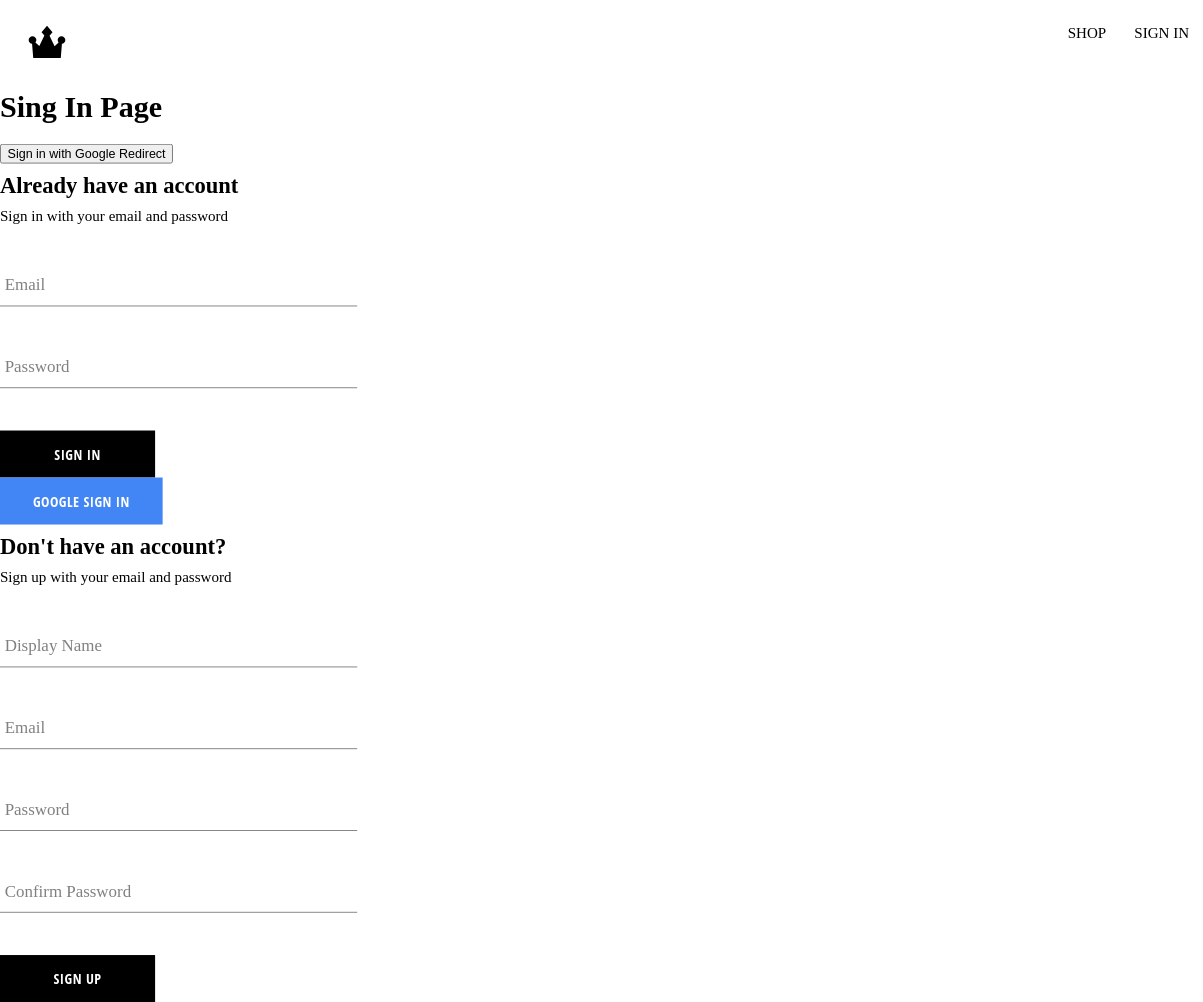
Repository: Chadi2000/crwn-clothing
Page: /auth
An editor plug-in stored every save of this project. The page is shown before and after the next save, followed by the edit.
The browser window is 1280 px wide. The pictures show the whole page, at 94% of full size.
The project was rebuilt for these pictures with package versions that can differ from the ones it lists, and the page was loaded fresh each time. Also part of the build but not shown: src/categories.styles.scss, src/components/category-item/category-item.styles.scss, src/components/category-item/category-item.component.jsx, src/components/directory/directory.styles.scss, src/components/directory/directory.component.js, src/routes/home/home.component.jsx.

Above is the page before, as saved 2024-02-12 23:20:24.

### public/index.html
<!DOCTYPE html>
<html lang="en">
  <head>
    <meta charset="utf-8" />
    <link rel="icon" href="%PUBLIC_URL%/favicon.ico" />
    <meta name="viewport" content="width=device-width, initial-scale=1" />
    <meta name="theme-color" content="#000000" />
    <meta
      name="description"
      content="Web site created using create-react-app"
    />
    <link rel="apple-touch-icon" href="%PUBLIC_URL%/logo192.png" />
    <link rel="preconnect" href="https://fonts.googleapis.com">
    <link rel="preconnect" href="https://fonts.gstatic.com" crossorigin>
    <link
    href="https://fonts.googleapis.com/css2?family=Open+Sans:ital,wght@0,300..800;1,300..800&family=Roboto:wght@300&display=swap"
    rel="stylesheet">
    <!--
      manifest.json provides metadata used when your web app is installed on a
      user's mobile device or desktop. See https://developers.google.com/web/fundamentals/web-app-manifest/
    -->
    <link rel="manifest" href="%PUBLIC_URL%/manifest.json" />
    <!--
      Notice the use of %PUBLIC_URL% in the tags above.
      It will be replaced with the URL of the `public` folder during the build.
      Only files inside the `public` folder can be referenced from the HTML.

      Unlike "/favicon.ico" or "favicon.ico", "%PUBLIC_URL%/favicon.ico" will
      work correctly both with client-side routing and a non-root public URL.
      Learn how to configure a non-root public URL by running `npm run build`.
    -->
    <title>React App</title>
  </head>
  <body>
    <noscript>You need to enable JavaScript to run this app.</noscript>
    <div id="root"></div>
    <!--
      This HTML file is a template.
      If you open it directly in the browser, you will see an empty page.

      You can add webfonts, meta tags, or analytics to this file.
      The build step will place the bundled scripts into the <body> tag.

      To begin the development, run `npm start` or `yarn start`.
      To create a production bundle, use `npm run build` or `yarn build`.
    -->
  </body>
</html>

### src/index.scss
body {
  margin: 0;
  font-family: 'Open Sans'
    sans-serif;
    font-weight: 300 800;
  font-stretch: 100%;
  font-display: swap;
  -webkit-font-smoothing: antialiased;
  -moz-osx-font-smoothing: grayscale;
}

code {
  font-family: source-code-pro, Menlo, Monaco, Consolas, 'Courier New',
    monospace;
}

a{
  text-decoration: none;
  color: black;
}

* {
  box-sizing: border-box;
}

### src/App.js
import './categories.styles.scss';
import { Outlet } from 'react-router-dom';
import Directory from './components/directory/directory.component';
import Home from './routes/home/home.component';
import { Routes, Route } from 'react-router-dom';
import Navigation from './routes/navigation/navigation.component';
import Authentication from './routes/authentication/authentication.component';



const Shop =() =>{
  return(
    <h1>SHop from me</h1>
  )
}

const App = () => {


 return(
  <Routes>
    <Route path='/' element={<Navigation />}>
      <Route path='/' element={<Home />} />
      <Route path='shop' element={<Shop/>} />
      <Route path='/auth' element= {<Authentication />} />

    </Route>

  </Routes>
 );
}

export default App;

### src/routes/navigation/navigation.component.jsx
import { Outlet, Link } from "react-router-dom"
import { Fragment } from "react";
import { ReactComponent as CrwnLogo } from "../../assets/crown.svg";
import './navigation.styles.scss';
const Navigation = () =>{
    return (
      <Fragment>
        <div className="navigation">
            <Link className="logo-container" to='/'>
                <CrwnLogo />
            </Link>

          <div className="nav-links-container">
            <Link className="nav-link"  to='/shop'>
                SHOP
            </Link>
            <Link className="nav-link"  to='/auth'>
                SIGN IN
            </Link>
          </div>
        </div>
        <Outlet />
      </Fragment>
    )
  }

  export default Navigation;

### src/routes/authentication/authentication.component.jsx
import { useEffect } from "react";
import { getRedirectResult } from "firebase/auth";

import {
        auth,
        signInWithGooglePopup,
        signInWithGoogleRedirect ,
        createUserDocumentFromAuth
    } from "../../utils/firebase/firebase.utils";
import SignUpForm from "../../components/sign-up-form/sign-up-form.component";
import SignInForm from "../../components/sign-in-form/sign-in-form.component";

const Authentication  = () => {

    useEffect(() => {
        // Define an asynchronous function inside useEffect
        const fetchData = async () => {
          try {
            // You can await here
            const response = await getRedirectResult(auth);
            if(response){
                const userDocRef = await createUserDocumentFromAuth(response.user)
            }
          } catch (error) {
            console.error('Error fetching data:', error);
          }
        };

        // Call the asynchronous function immediately
        fetchData();

        // Specify dependencies if needed (empty array if not)
      }, []); // Add dependencies if needed


    const logGoogleUser = async () =>{
        const {user} = await signInWithGooglePopup();
        const userDocRef = await createUserDocumentFromAuth(user);

    }






    return(
        <div>
            <h1>Sing In Page</h1>
            {/* <button onClick={logGoogleUser}>
                Sign in with Google Popup
            </button> */}
            <button onClick={signInWithGoogleRedirect}>
                Sign in with Google Redirect
            </button>
            <SignInForm />
            <SignUpForm />
        </div>
    )
}

export default Authentication;

### src/routes/navigation/navigation.styles.scss
.navigation{
    height: 70px;
    width: 100%;
    display: flex;
    justify-content: space-between;
    margin-bottom: 25px;

    .logo-container{
        height: 100%;
        width: 70px;
        padding: 25px;
        -webkit-box-align: center;
        align-items: center;
        justify-content: center;
    }
    .nav-links-container{
        width: 50%;
        height: 100%;
        -webkit-box-align: center;
        align-items: center;
        -webkit-box-pack: end;
        display: flex;
        justify-content: flex-end;
        .nav-link{
            padding: 10px 15px;
            cursor: pointer;
        }
    }


}

### src/utils/firebase/firebase.utils.js
import {initializeApp} from 'firebase/app';
import {
     getAuth,
     signInWithRedirect,
     signInWithPopup,
     GoogleAuthProvider,
     createUserWithEmailAndPassword
    } from 'firebase/auth';

import {
    getFirestore,
    doc,
    getDoc,
    setDoc
}  from'firebase/firestore'

const firebaseConfig = {
    apiKey: "AIzaSyCFm4naOY8EzymqmFzu3h2__lM1anMpCoU",
    authDomain: "crwn-clothing-db-ab0ad.firebaseapp.com",
    projectId: "crwn-clothing-db-ab0ad",
    storageBucket: "crwn-clothing-db-ab0ad.appspot.com",
    messagingSenderId: "89349111223",
    appId: "1:89349111223:web:714444d59a5d8bfdf53c32"
  };

  // Initialize Firebase
  const firebaseApp = initializeApp(firebaseConfig);
  const googleProvider = new GoogleAuthProvider();

  googleProvider.setCustomParameters({
    prompt: "select_account"
  })

  export const auth = getAuth();
  export const signInWithGooglePopup = () =>
   signInWithPopup(auth, googleProvider);
  export const signInWithGoogleRedirect =()=>
   signInWithRedirect(auth, googleProvider)

  export const db = getFirestore();
  export const createUserDocumentFromAuth = async (
    userAuth,
    additionalInformation={}
    )=>{
    if(!userAuth) return ;
    const userDocRef = doc(db,'users',userAuth.uid )

    console.log(userDocRef);

    const userSnapshot = await getDoc(userDocRef);
    console.log(userSnapshot);
    console.log(userSnapshot.exists());

    if(!userSnapshot.exists()){
        const {displayName , email} = userAuth;
        const createdAt = new Date();

        try{
            await setDoc(userDocRef, {
                displayName,
                email,
                createdAt,
                ...additionalInformation
            })
        }catch(error){
            console.log('error creating the user', error.message)
        }
    }

    return userDocRef;
  }

  export const createAuthUserWithEmailAndPassword = async (email, password)=>{
    if(!email || !password) return;
    return await createUserWithEmailAndPassword(auth, email, password)
  };

### src/components/sign-up-form/sign-up-form.component.jsx
import { useState } from "react";
import { createAuthUserWithEmailAndPassword, createUserDocumentFromAuth } from "../../utils/firebase/firebase.utils";
import FormInput from "../form-input/form-input.component";
import './sign-up-form.styles.scss';
import Button from "../button/button.component";

const defaultFormFields ={
    displayName: '',
    email:'',
    password:'',
    confirmPassword: ''
}

const SignUpForm =() =>{

    const [formFields, setFormFields] = useState(defaultFormFields);
    const { displayName, email, password, confirmPassword} = formFields;

    console.log(formFields);

    const resetFormFields = () =>{
        setFormFields(defaultFormFields);
    }

    const handleSubmit = async(event) =>{
        event.preventDefault();

        if(password != confirmPassword){
            alert("password do not match");
            return;
        }

        try{
            const {user} = await createAuthUserWithEmailAndPassword(email, password);

            await createUserDocumentFromAuth(user,{ displayName });
            resetFormFields();


        }catch(error){
            if(error.code ==  'auth/email-already-in-use'){
                alert('Cannot create user, email already in use');
            } else{
                console.log('user created encountered an error', error);
            }

        }
    }



    const handlechange = (event) =>{

        setFormFields({...formFields, [event.target.name]:event.target.value})
    }

    return (


        <div className="sign-up-container">
            <h2>Don't have an account?</h2>
            <span>Sign up with your email and password</span>
            <form onSubmit={handleSubmit}>
                <FormInput
                label="Display Name"
                inputOptions = {{
                    type:"text",
                    required:true,
                    onChange:handlechange,
                    name:"displayName",
                    value : displayName,
                    }}
                     />

                <FormInput
                label="Email"
                inputOptions = {{
                    type:"email",
                    required:true,
                    onChange:handlechange,
                    name:"email",
                    value : email,
                    }}
                     />

                <FormInput
                label="Password"
                inputOptions = {{
                    type:"password",
                    required:true,
                    onChange:handlechange,
                    name:"password",
                    value : password,
                    }}
                     />

                <FormInput
                label="Confirm Password"
                inputOptions = {{
                    type:"password",
                    required:true,
                    onChange:handlechange,
                    name:"confirmPassword",
                    value : confirmPassword,
                    }}
                     />


                <Button type="submit">Sign Up</Button>
            </form>
        </div>
    )
}

export default SignUpForm;

### src/components/sign-in-form/sign-in-form.component.jsx
import { useState } from "react";
import { signInWithGooglePopup , createUserDocumentFromAuth } from "../../utils/firebase/firebase.utils";
import FormInput from "../form-input/form-input.component";
import './sign-in-form.styles.scss';
import Button from "../button/button.component";


const defaultFormFields ={
    email:'',
    password:'',
}

const SignInForm =() =>{

    const [formFields, setFormFields] = useState(defaultFormFields);
    const { email, password} = formFields;

    console.log(formFields);

    const resetFormFields = () =>{
        setFormFields(defaultFormFields);
    }

    const signInWithGoogle = async () =>{
        const { user }= await signInWithGooglePopup();
        await createUserDocumentFromAuth(user)
    }

    const handleSubmit = async(event) =>{
        event.preventDefault();


        try{

            resetFormFields();


        }catch(error){

        }
    }



    const handlechange = (event) =>{

        setFormFields({...formFields, [event.target.name]:event.target.value})
    }

    return (


        <div className="sign-up-container">
            <h2>Already have an account</h2>
            <span>Sign in with your email and password</span>
            <form onSubmit={handleSubmit}>
                <FormInput
                label="Email"
                inputOptions = {{
                    type:"email",
                    required:true,
                    onChange:handlechange,
                    name:"email",
                    value : email,
                    }}
                     />

                <FormInput
                label="Password"
                inputOptions = {{
                    type:"password",
                    required:true,
                    onChange:handlechange,
                    name:"password",
                    value : password,
                    }}
                     />




                <Button type="submit">Sign In</Button>
                <Button buttonType='google' onClick={signInWithGoogle}>Google Sign In</Button>
            </form>
        </div>
    )
}

export default SignInForm;

### src/components/form-input/form-input.component.jsx
import './form-input.styles.scss';


const FormInput = ({label, inputOptions}) =>{
    return (
        <div className="group">
            <input className="form-input" {...inputOptions} />
            {
                label &&(
            <label className={`${inputOptions.value.length ? 'shrink': ''}
            form-input-label`}>{label}</label>)}



        </div>

    )
}
export default FormInput;

### src/components/button/button.component.jsx
import './button.styles.scss';

const BUTTON_TYPES_CLASSES = {
    google:'google-sign-in',
    inverted:'inverted',

}

const Button = ({ children, buttonType, ...otherProps }) =>{
    return(
        <button className={`button-container ${BUTTON_TYPES_CLASSES[buttonType]}`}
        {...otherProps}
        >
            {children}
        </button>
    )
}

export default Button;

### src/components/sign-in-form/sign-in-form.styles.scss
.sign-up-container{
    display: flex;
    flex-direction: column;
    width: 380px;

    h2{
        margin: 10px 0;
    }
    .buttons-container{
     display: flex;
     justify-content: space-between;
    }
}

### src/components/form-input/form-input.styles.scss
$sub-color: grey;
$main-color: black;

@mixin shrinkLabel{
    top: -14px;
    font-size: 12px;
    color:$main-color ;
}

.group{
    position: relative;
    margin: 45px 0;
    .form-input{
        background: none;
        background-color: white;
        color:$sub-color;
        font-size: 18px;
        padding: 10px 10px 10px 5px;
        display: block;
        width: 100%;
        border: none;
        border-radius: 0;
        border-bottom: 1px solid $sub-color;
        border-top: none;
        border-right: none;
        border-left: none;
        margin: 25px 0;

        &:focus{
            outline: none;
        }
        &:focus ~ .form-input-label{
            @include shrinkLabel();
        }
    }

    input[type='password']{
        letter-spacing: 0.3em;
    }

    .form-input-label{
        color: $sub-color;
        font-size: 18px;
        font-weight: normal;
        position: absolute;
        pointer-events: none;
        left: 5px;
        top: 10px;
        transition: all 300ms ease 0s;
        line-height: 1;
        &.shrink{
            @include shrinkLabel()
        }

    }


}

### src/components/button/button.styles.scss
.button-container{
    min-width: 165px;
    width: auto;
    height: 50px;
    letter-spacing: 0.5px;
    line-height: 50px;
    padding: 0 35px 0 35px;
    font-size: 15px;
    background-color: black;
    color: white;
    text-transform: uppercase;
    font-family: 'Open Sans Condensed';
    font-weight: bolder;
    border: none;
    cursor: pointer;
    display: flex;
    justify-content: center;

    &:hover{
        background-color: white;
        color: black;
        border: 1px solid black;
    }

    &.google-sign-in{
        background-color: #4285f4;
        color:white;
        &:hover{
            background-color: #357ae8;
            border: none;
        }
    }


    &.inverted{
        background-color: white;
        color: black;
        border: 1px solid black;

        &:hover {
            background-color: black;
            color: white;
            border:none;
        }
    }
}

Loaded but not shown: src/index.js (common file); src/reportWebVitals.js (common file); src/components/sign-up-form/sign-up-form.styles.scss (common file)

After the next save:
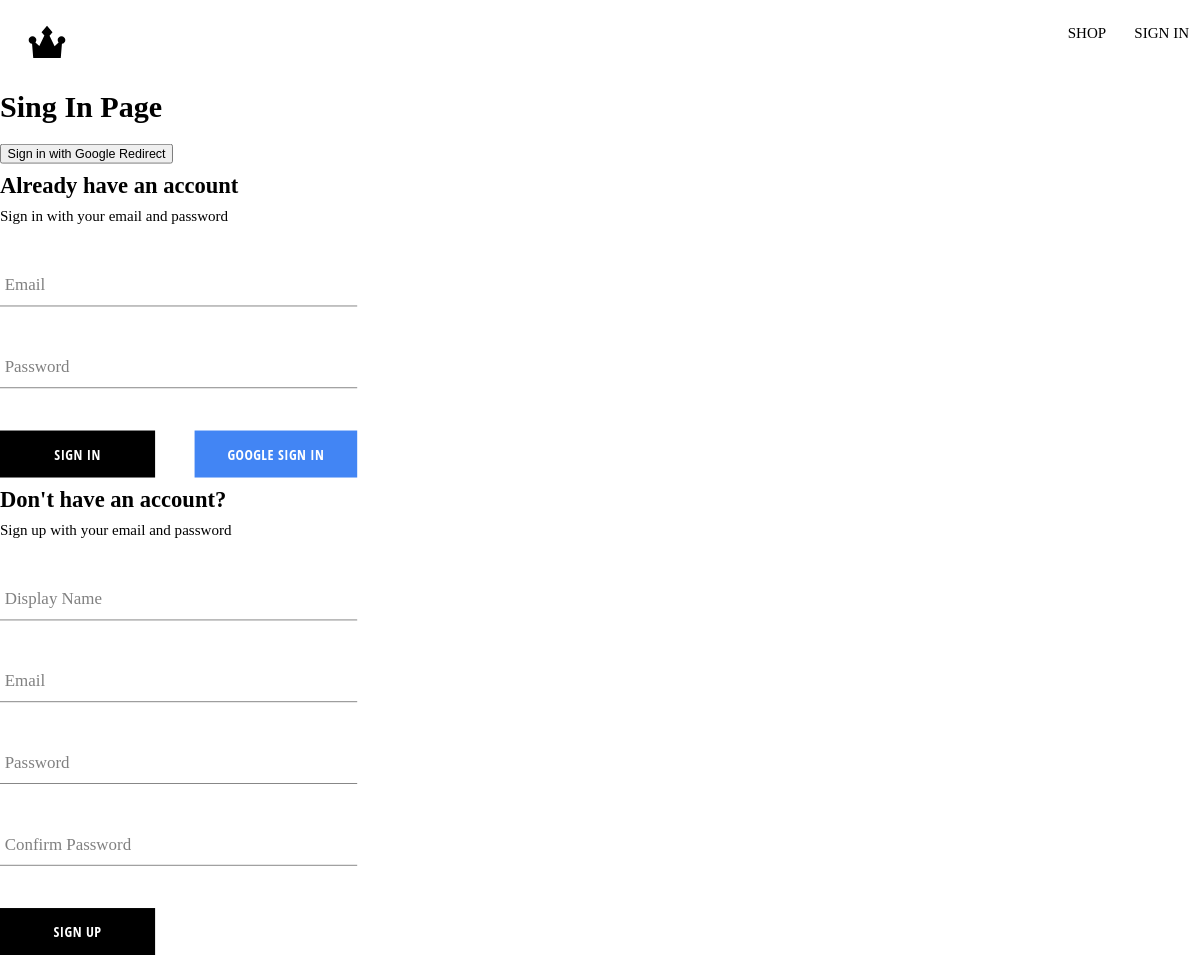
Saved 24 s later.
--- a/src/components/sign-in-form/sign-in-form.component.jsx
+++ b/src/components/sign-in-form/sign-in-form.component.jsx
@@ -77,10 +77,13 @@ const SignInForm =() =>{
                      />
 
 
+                    <div className="buttons-container">
+                        <Button type="submit">Sign In</Button>
+                        <Button buttonType='google' onClick={signInWithGoogle}>
+                            Google Sign In</Button>
+                    </div>
 
 
-                <Button type="submit">Sign In</Button>
-                <Button buttonType='google' onClick={signInWithGoogle}>Google Sign In</Button>
             </form>
         </div>
     )
